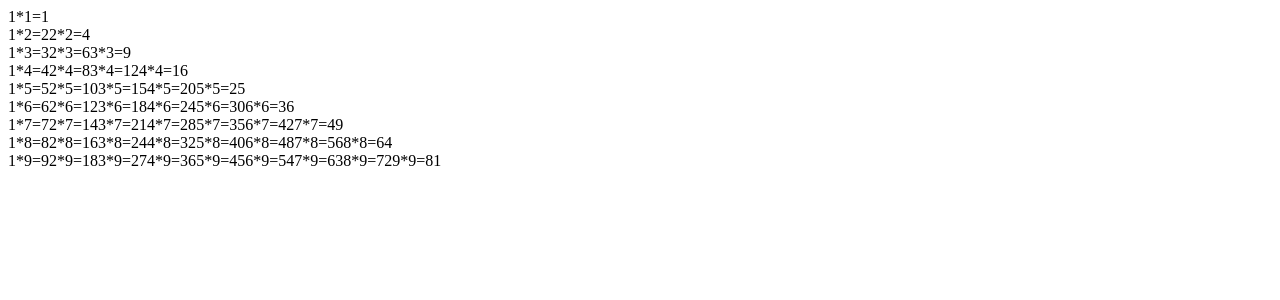
Repository: pengyuguan1984/JavaScriptPractice
Page: For-Exec02.html
The author's editor kept a copy of each file at every save. The page is drawn from the files as they stood at one save, then again after a run of saves.
The browser window is 1280 px wide. The pictures show the whole page.

Above is the page before, as saved 2020-10-07 16:34:46.

### For-Exec02.html
<!DOCTYPE html>
<html lang="en">
<head>
    <meta charset="UTF-8">
    <meta name="viewport" content="width=device-width, initial-scale=1.0">
    <title>For-Exec02</title>
    <script>
        /*打印99乘法表
        1*1=1
        1*2=2 2*2=4
        1*3=3 2*3=6 3*3=9
        1*4=4 2*4=8 3*4=12 4*4=16
        */

    //    for(var i=0;i<9;i++){

    //        for(j=1;j<=i+1;j++){
    //            var m=i+1;
    //            var c=j*m;

    //            document.write(j+'*'+m+'='+c+',')
    //        }
    //        document.write('<br />')
    //    }
    for(var i=1; i<=9; i++){
        for(j=1;j<=i;j++){
            document.write('<span>'+j+'*'+i+'='+j*i)
        }
       document.write('<br />')
    }
    </script>
</head>
<body>

</body>
</html>

After the next 3 saves:
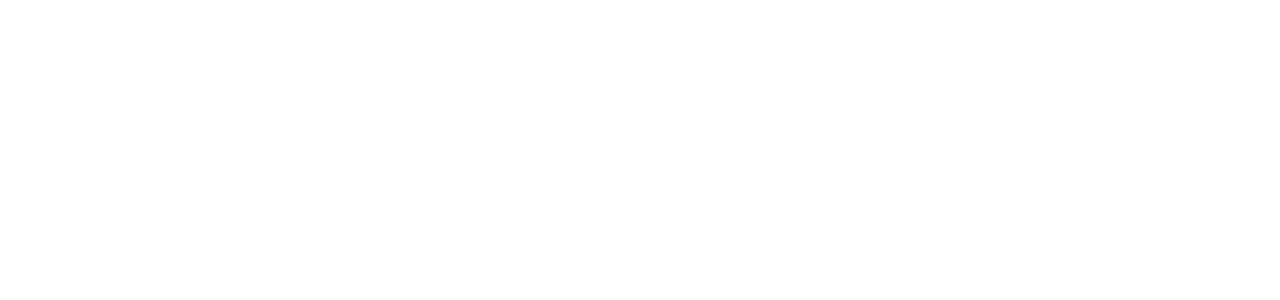
Console error: SyntaxError: missing ) after argument list
The 3 saves are shown as one change because they came seconds apart.
The last was saved 8 s later.
--- a/For-Exec02.html
+++ b/For-Exec02.html
@@ -24,7 +24,7 @@
     //    }
     for(var i=1; i<=9; i++){
         for(j=1;j<=i;j++){
-            document.write('<span>'+j+'*'+i+'='+j*i)
+            document.write('<span>'+j+'*'+i+'='+j*i'<>)
         }
        document.write('<br />')
     }

After the 6 saves that followed:
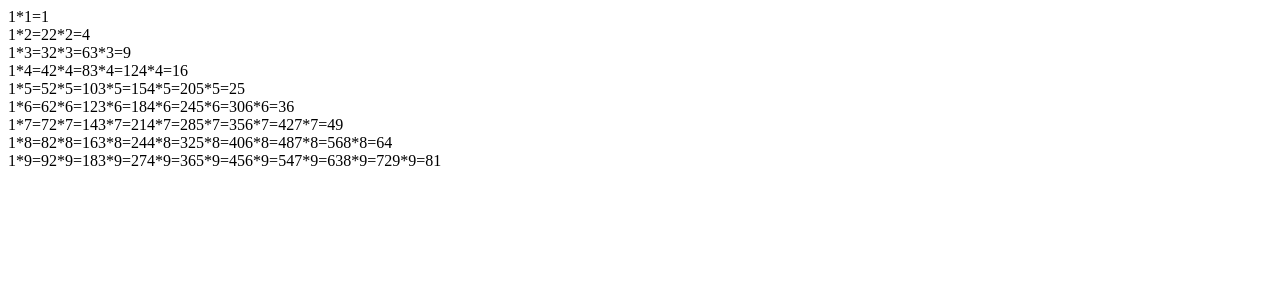
The error is gone.
The 6 saves are shown as one change because 2 left the picture as it was and some came seconds apart.
The last was saved 37 s later.
--- a/For-Exec02.html
+++ b/For-Exec02.html
@@ -24,7 +24,7 @@
     //    }
     for(var i=1; i<=9; i++){
         for(j=1;j<=i;j++){
-            document.write('<span>'+j+'*'+i+'='+j*i'<>)
+            document.write(j+'*'+i+'='+j*i)
         }
        document.write('<br />')
     }
